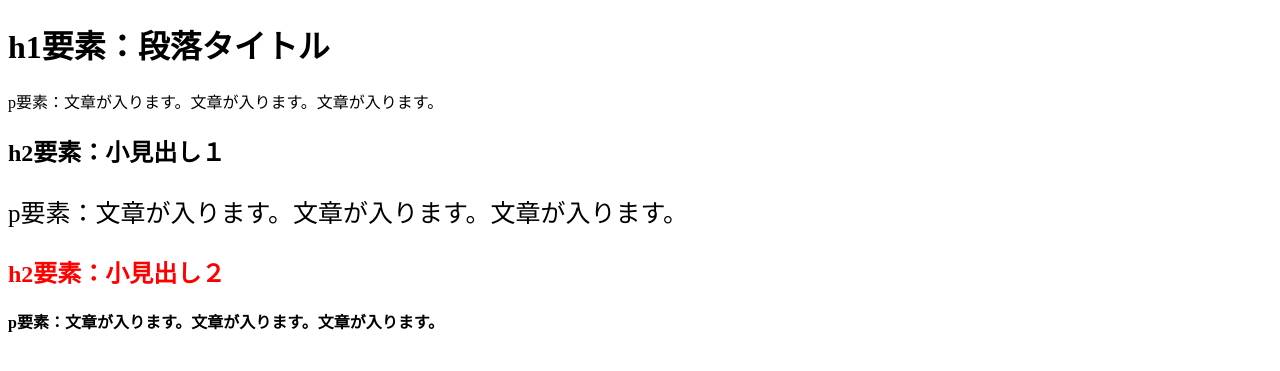
Repository: mizuki520/samurai_HTML-CSS
Page: index.html
The author's editor kept a record of every edit. The page is drawn from the files as they stood at one moment, then again after the next edit.
The browser window is 1280 px wide. The pictures show the whole page.

Above is the page before.

After the next edit:
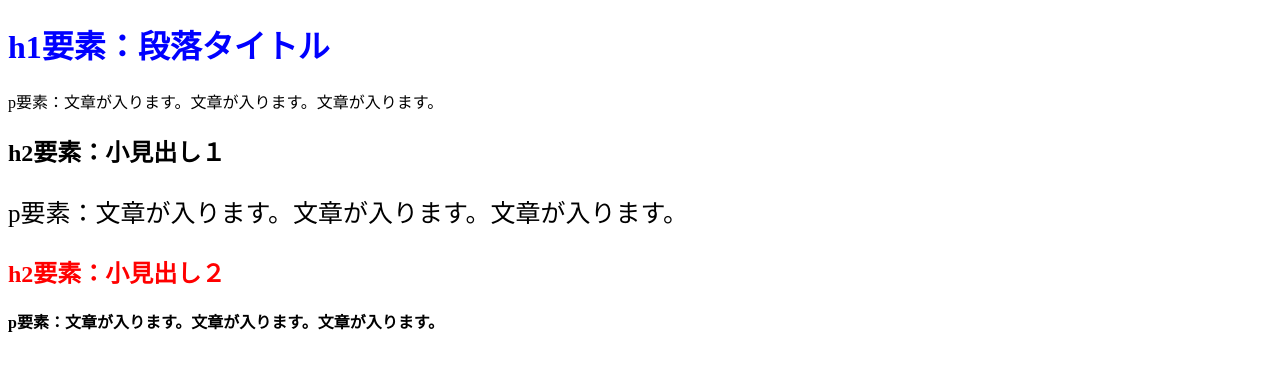
The edit:
--- a/index.html
+++ b/index.html
@@ -13,7 +13,7 @@
   </style>
   </head>
  <body>
-  <h1>h1要素：段落タイトル</h1>
+  <h1 class="blue">h1要素：段落タイトル</h1>
   <p>p要素：文章が入ります。文章が入ります。文章が入ります。</p>
   <h2>h2要素：小見出し１</h2>
   <p style="font-size: 25px;">
